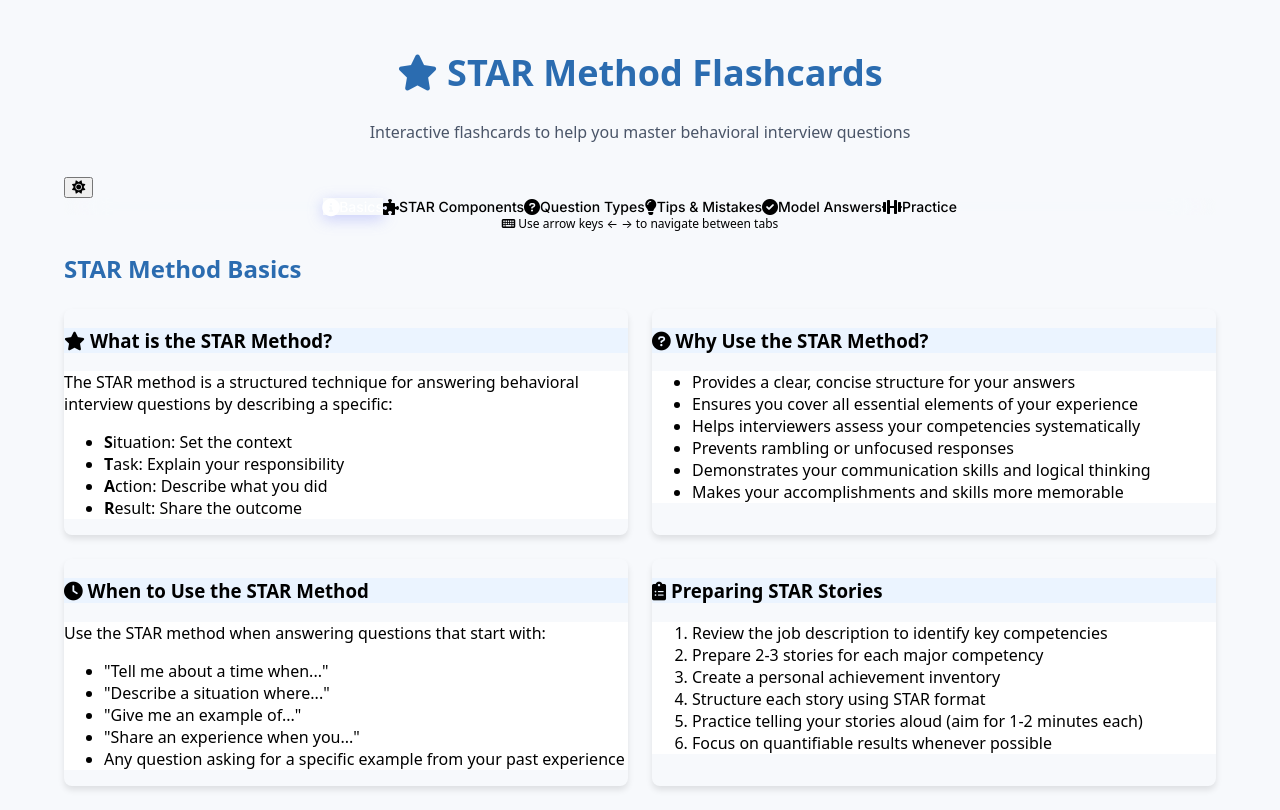
Repository: Clementjatts/star-interview-flashcards
Page: index.html
These files come from the project's save history. The page is drawn as it stood at one moment and after the next save; the edit follows.
The browser window is 1280 px wide. The pictures show the whole page.

Above is the page before, as saved 2025-05-02 20:50:42.

### index.html
<!DOCTYPE html>
<html lang="en" data-theme="dark">

<head>
    <meta charset="UTF-8">
    <meta name="viewport" content="width=device-width, initial-scale=1.0">
    <meta name="description"
        content="Master the STAR method for behavioral interviews with interactive flashcards, practice questions, and model answers.">
    <meta name="keywords" content="STAR method, behavioral interview, job interview, interview preparation, flashcards">
    <title>STAR Method Flashcards - Master Behavioral Interviews</title>

    <!-- Google Fonts -->
    <link rel="preconnect" href="https://fonts.googleapis.com">
    <link rel="preconnect" href="https://fonts.gstatic.com" crossorigin>
    <link href="https://fonts.googleapis.com/css2?family=Inter:wght@400;500;600;700;800&display=swap" rel="stylesheet">

    <!-- Font Awesome Icons -->
    <link rel="stylesheet" href="https://cdn.jsdelivr.net/npm/@fortawesome/fontawesome-free@6.0.0/css/all.min.css">

    <!-- Styles -->
    <link rel="stylesheet" href="styles/main.css">
</head>

<body>
    <div class="max-w-6xl mx-auto">
        <!-- Header Section -->
        <header class="header-container">
            <h1>
                <i class="fas fa-star" style="color: var(--accent-primary);"></i>
                STAR Method Flashcards
            </h1>
            <p class="intro">Interactive flashcards to help you master behavioral interview questions</p>

            <!-- Theme Toggle -->
            <div class="header-actions">
                <button class="theme-toggle" id="themeToggle" aria-label="Toggle dark/light mode" title="Toggle theme">
                    <i class="fas fa-moon"></i>
                </button>
            </div>
        </header>

        <!-- Progress Bar -->
        <div class="progress-container" role="progressbar" aria-valuenow="1" aria-valuemin="1" aria-valuemax="6">
            <div class="progress-bar" id="progressBar"></div>
        </div>

        <!-- Tab Navigation -->
        <nav class="tab-button-container" role="tablist" aria-label="STAR Method sections">
            <button class="tab-button active" onclick="openTab(event, 'basics')" role="tab" aria-selected="true"
                aria-controls="basics" id="tab-basics">
                <i class="fas fa-info-circle"></i>
                <span>Basics</span>
            </button>
            <button class="tab-button" onclick="openTab(event, 'components')" role="tab" aria-selected="false"
                aria-controls="components" id="tab-components">
                <i class="fas fa-puzzle-piece"></i>
                <span>STAR Components</span>
            </button>
            <button class="tab-button" onclick="openTab(event, 'questions')" role="tab" aria-selected="false"
                aria-controls="questions" id="tab-questions">
                <i class="fas fa-question-circle"></i>
                <span>Question Types</span>
            </button>
            <button class="tab-button" onclick="openTab(event, 'tips')" role="tab" aria-selected="false"
                aria-controls="tips" id="tab-tips">
                <i class="fas fa-lightbulb"></i>
                <span>Tips & Mistakes</span>
            </button>
            <button class="tab-button" onclick="openTab(event, 'examples')" role="tab" aria-selected="false"
                aria-controls="examples" id="tab-examples">
                <i class="fas fa-check-circle"></i>
                <span>Model Answers</span>
            </button>
            <button class="tab-button" onclick="openTab(event, 'practice')" role="tab" aria-selected="false"
                aria-controls="practice" id="tab-practice">
                <i class="fas fa-dumbbell"></i>
                <span>Practice</span>
            </button>
        </nav>

        <p class="keyboard-hint">
            <i class="fas fa-keyboard"></i> Use arrow keys ← → to navigate between tabs
        </p>

        <!-- Tab Content -->
        <main>
            <div id="basics" class="tab-content active" role="tabpanel" aria-labelledby="tab-basics">
                <!-- Content will be loaded from components/basics.html -->
            </div>

            <div id="components" class="tab-content" role="tabpanel" aria-labelledby="tab-components">
                <!-- Content will be loaded from components/components.html -->
            </div>

            <div id="questions" class="tab-content" role="tabpanel" aria-labelledby="tab-questions">
                <!-- Content will be loaded from components/questions.html -->
            </div>

            <div id="tips" class="tab-content" role="tabpanel" aria-labelledby="tab-tips">
                <!-- Content will be loaded from components/tips.html -->
            </div>

            <div id="examples" class="tab-content" role="tabpanel" aria-labelledby="tab-examples">
                <!-- Content will be loaded from components/examples.html -->
            </div>

            <div id="practice" class="tab-content" role="tabpanel" aria-labelledby="tab-practice">
                <!-- Content will be loaded from components/practice.html -->
            </div>
        </main>


    </div>

    <!-- Scripts -->
    <script src="scripts/tabs.js"></script>
    <script src="scripts/cards.js"></script>
    <script src="scripts/practice.js"></script>
    <script src="scripts/app.js"></script>

    <script>
        // Load component HTML files
        document.addEventListener('DOMContentLoaded', function () {
            // Function to load HTML content from component files
            function loadComponent(id, file) {
                const element = document.getElementById(id);
                element.classList.add('loading');

                fetch('components/' + file)
                    .then(response => {
                        if (!response.ok) throw new Error('Network response was not ok');
                        return response.text();
                    })
                    .then(html => {
                        element.innerHTML = html;
                        element.classList.remove('loading');

                        // Initialize practice features if this is the practice tab
                        if (id === 'practice' && typeof initPractice === 'function') {
                            initPractice();
                        }

                        // Initialize flip cards
                        if (typeof initFlipCards === 'function') {
                            initFlipCards(element);
                        }
                    })
                    .catch(error => {
                        console.error('Error loading component:', error);
                        element.classList.remove('loading');
                        element.innerHTML = `
                            <div class="tab-error">
                                <i class="fas fa-exclamation-triangle"></i>
                                <p>Unable to load content. If you opened this file directly, please run a local server.</p>
                                <p style="font-size: 0.875rem; color: var(--text-muted);">
                                    Run: <code style="background: var(--glass-bg); padding: 2px 8px; border-radius: 4px;">npx serve</code> in the project folder
                                </p>
                                <button onclick="location.reload()">
                                    <i class="fas fa-redo"></i> Retry
                                </button>
                            </div>
                        `;
                    });
            }

            // Load all components
            loadComponent('basics', 'basics.html');
            loadComponent('components', 'components.html');
            loadComponent('questions', 'questions.html');
            loadComponent('tips', 'tips.html');
            loadComponent('examples', 'examples.html');
            loadComponent('practice', 'practice.html');

            // Initialize theme
            initTheme();
        });
    </script>
</body>

</html>

### styles/main.css
/* Main CSS file that imports all other CSS files */
@import 'base.css';
@import 'components.css';
@import 'tabs.css';
@import 'print.css';

### styles/base.css
/* Base styles */
body {
    background-color: #f7f9fc;
    font-family: system-ui, -apple-system, BlinkMacSystemFont, "Segoe UI", Roboto, sans-serif;
}

.max-w-6xl {
    max-width: 72rem;
}

.mx-auto {
    margin-left: auto;
    margin-right: auto;
}

h1 {
    font-size: 1.875rem;
    font-weight: bold;
    text-align: center;
    margin-bottom: 1.5rem;
    color: #2b6cb0;
}

p.intro {
    text-align: center;
    margin-bottom: 2rem;
    color: #4a5568;
}

@media (min-width: 768px) {
    body {
        padding: 2rem;
    }

    h1 {
        font-size: 2.25rem;
    }
}

body {
    padding: 1rem;
}

### styles/components.css
/* Card styles */
.card {
    border-radius: 8px;
    box-shadow: 0 4px 6px rgba(0, 0, 0, 0.1);
    transition: transform 0.3s ease, box-shadow 0.3s ease;
    overflow: hidden;
}

.card:hover {
    transform: translateY(-5px);
    box-shadow: 0 10px 15px rgba(0, 0, 0, 0.1);
}

.card-front {
    background-color: #ebf4ff;
}

.card-back {
    background-color: white;
}

/* Grid layout for cards */
.grid {
    display: grid;
    gap: 1.5rem;
}

@media (min-width: 768px) {
    .grid {
        grid-template-columns: repeat(2, 1fr);
    }
}

/* Section titles */
.section-title {
    font-size: 1.5rem;
    font-weight: bold;
    margin-bottom: 1.5rem;
    color: #2b6cb0;
}

### styles/print.css
/* Print-specific styles */
@media print {
    .tab-button-container {
        display: none;
    }

    .tab-content {
        display: block !important;
        page-break-inside: avoid;
        margin-bottom: 2rem;
    }

    .section-title {
        margin-top: 2rem;
        margin-bottom: 1rem;
        font-size: 1.5rem;
        font-weight: bold;
        color: #2d3748;
    }

    body {
        background-color: white;
    }
}

### components/basics.html
<h2 class="text-2xl font-bold mb-6 text-blue-800 section-title">STAR Method Basics</h2>
<div class="grid grid-cols-1 md:grid-cols-2 gap-6">
    <!-- Card 1 -->
    <div class="card" tabindex="0" role="button" aria-label="Click to flip card">
        <div class="card-front p-4 bg-blue-50 border-b border-blue-200">
            <h3 class="text-xl font-semibold text-blue-700">
                <i class="fas fa-star" style="color: var(--accent-primary);"></i>
                What is the STAR Method?
            </h3>

        </div>
        <div class="card-back p-4">
            <p>The STAR method is a structured technique for answering behavioral interview questions by describing a
                specific:</p>
            <ul class="list-disc ml-5 mt-2">
                <li><strong style="color: var(--situation-color);">S</strong>ituation: Set the context</li>
                <li><strong style="color: var(--task-color);">T</strong>ask: Explain your responsibility</li>
                <li><strong style="color: var(--action-color);">A</strong>ction: Describe what you did</li>
                <li><strong style="color: var(--result-color);">R</strong>esult: Share the outcome</li>
            </ul>
        </div>
    </div>

    <!-- Card 2 -->
    <div class="card" tabindex="0" role="button" aria-label="Click to flip card">
        <div class="card-front p-4 bg-blue-50 border-b border-blue-200">
            <h3 class="text-xl font-semibold text-blue-700">
                <i class="fas fa-question-circle"></i>
                Why Use the STAR Method?
            </h3>

        </div>
        <div class="card-back p-4">
            <ul class="list-disc ml-5">
                <li>Provides a clear, concise structure for your answers</li>
                <li>Ensures you cover all essential elements of your experience</li>
                <li>Helps interviewers assess your competencies systematically</li>
                <li>Prevents rambling or unfocused responses</li>
                <li>Demonstrates your communication skills and logical thinking</li>
                <li>Makes your accomplishments and skills more memorable</li>
            </ul>
        </div>
    </div>

    <!-- Card 3 -->
    <div class="card" tabindex="0" role="button" aria-label="Click to flip card">
        <div class="card-front p-4 bg-blue-50 border-b border-blue-200">
            <h3 class="text-xl font-semibold text-blue-700">
                <i class="fas fa-clock"></i>
                When to Use the STAR Method
            </h3>

        </div>
        <div class="card-back p-4">
            <p>Use the STAR method when answering questions that start with:</p>
            <ul class="list-disc ml-5 mt-2">
                <li>"Tell me about a time when..."</li>
                <li>"Describe a situation where..."</li>
                <li>"Give me an example of..."</li>
                <li>"Share an experience when you..."</li>
                <li>Any question asking for a specific example from your past experience</li>
            </ul>
        </div>
    </div>

    <!-- Card 4 -->
    <div class="card" tabindex="0" role="button" aria-label="Click to flip card">
        <div class="card-front p-4 bg-blue-50 border-b border-blue-200">
            <h3 class="text-xl font-semibold text-blue-700">
                <i class="fas fa-clipboard-list"></i>
                Preparing STAR Stories
            </h3>

        </div>
        <div class="card-back p-4">
            <ol class="list-decimal ml-5">
                <li>Review the job description to identify key competencies</li>
                <li>Prepare 2-3 stories for each major competency</li>
                <li>Create a personal achievement inventory</li>
                <li>Structure each story using STAR format</li>
                <li>Practice telling your stories aloud (aim for 1-2 minutes each)</li>
                <li>Focus on quantifiable results whenever possible</li>
            </ol>
        </div>
    </div>
</div>

### components/components.html
<h2 class="text-2xl font-bold mb-6 text-blue-800 section-title">STAR Components Breakdown</h2>
<div class="grid grid-cols-1 md:grid-cols-2 gap-6">
    <!-- Situation Card -->
    <div class="card" tabindex="0" role="button" aria-label="Click to flip card">
        <div class="card-front p-4 bg-green-50 border-b border-green-200">
            <h3 class="text-xl font-semibold text-green-700">
                <span style="font-size: 1.5rem; font-weight: 800; color: var(--situation-color);">S</span> - Situation
            </h3>

        </div>
        <div class="card-back p-4">
            <p class="mb-2"><strong>Set the scene and provide context</strong></p>
            <p class="mb-2">Guiding questions:</p>
            <ul class="list-disc ml-5">
                <li>When and where did this take place?</li>
                <li>What was the background or context?</li>
                <li>Who else was involved?</li>
                <li>What were the surrounding circumstances?</li>
            </ul>
            <p class="mt-2 text-sm" style="color: var(--text-muted);">
                <i class="fas fa-lightbulb" style="color: var(--warning);"></i> Keep this brief (1-2 sentences) - just
                enough to understand the context.
            </p>
        </div>
    </div>

    <!-- Task Card -->
    <div class="card" tabindex="0" role="button" aria-label="Click to flip card">
        <div class="card-front p-4 bg-yellow-50 border-b border-yellow-200">
            <h3 class="text-xl font-semibold text-yellow-700">
                <span style="font-size: 1.5rem; font-weight: 800; color: var(--task-color);">T</span> - Task
            </h3>

        </div>
        <div class="card-back p-4">
            <p class="mb-2"><strong>Explain your responsibility or challenge</strong></p>
            <p class="mb-2">Guiding questions:</p>
            <ul class="list-disc ml-5">
                <li>What was your specific role or assignment?</li>
                <li>What was the problem or challenge you faced?</li>
                <li>What goals were you trying to achieve?</li>
                <li>What were the expectations or deadlines?</li>
            </ul>
            <p class="mt-2 text-sm" style="color: var(--text-muted);">
                <i class="fas fa-lightbulb" style="color: var(--warning);"></i> Focus on YOUR task, not the team's
                general objective.
            </p>
        </div>
    </div>

    <!-- Action Card -->
    <div class="card" tabindex="0" role="button" aria-label="Click to flip card">
        <div class="card-front p-4 bg-red-50 border-b border-red-200">
            <h3 class="text-xl font-semibold text-red-700">
                <span style="font-size: 1.5rem; font-weight: 800; color: var(--action-color);">A</span> - Action
            </h3>

        </div>
        <div class="card-back p-4">
            <p class="mb-2"><strong>Describe what YOU did and how you did it</strong></p>
            <p class="mb-2">Guiding questions:</p>
            <ul class="list-disc ml-5">
                <li>What specific steps did you take?</li>
                <li>How did you approach the problem?</li>
                <li>What skills or knowledge did you apply?</li>
                <li>How did you overcome obstacles?</li>
                <li>What made your approach effective?</li>
            </ul>
            <p class="mt-2 text-sm" style="color: var(--text-muted);">
                <i class="fas fa-lightbulb" style="color: var(--warning);"></i> This should be the longest part of your
                answer. Use "I" statements, not "we."
            </p>
        </div>
    </div>

    <!-- Result Card -->
    <div class="card" tabindex="0" role="button" aria-label="Click to flip card">
        <div class="card-front p-4 bg-purple-50 border-b border-purple-200">
            <h3 class="text-xl font-semibold text-purple-700">
                <span style="font-size: 1.5rem; font-weight: 800; color: var(--result-color);">R</span> - Result
            </h3>

        </div>
        <div class="card-back p-4">
            <p class="mb-2"><strong>Share the outcome and what you learned</strong></p>
            <p class="mb-2">Guiding questions:</p>
            <ul class="list-disc ml-5">
                <li>What was the outcome of your actions?</li>
                <li>How did you measure success?</li>
                <li>What did you accomplish or learn?</li>
                <li>How did it benefit your team/company?</li>
                <li>What quantifiable metrics can you share?</li>
            </ul>
            <p class="mt-2 text-sm" style="color: var(--text-muted);">
                <i class="fas fa-lightbulb" style="color: var(--warning);"></i> Include specific numbers/percentages
                whenever possible. Even if the outcome wasn't perfect, share what you learned.
            </p>
        </div>
    </div>
</div>

Loaded but not shown: scripts/practice.js (279 lines, source omitted); scripts/app.js (194 lines, source omitted); scripts/tabs.js (157 lines, source omitted); scripts/cards.js (94 lines, source omitted); components/examples.html (172 lines, source omitted); components/questions.html (140 lines, source omitted); components/practice.html (106 lines, source omitted); components/tips.html (125 lines, source omitted); styles/tabs.css (246 lines, source omitted)

After the next save:
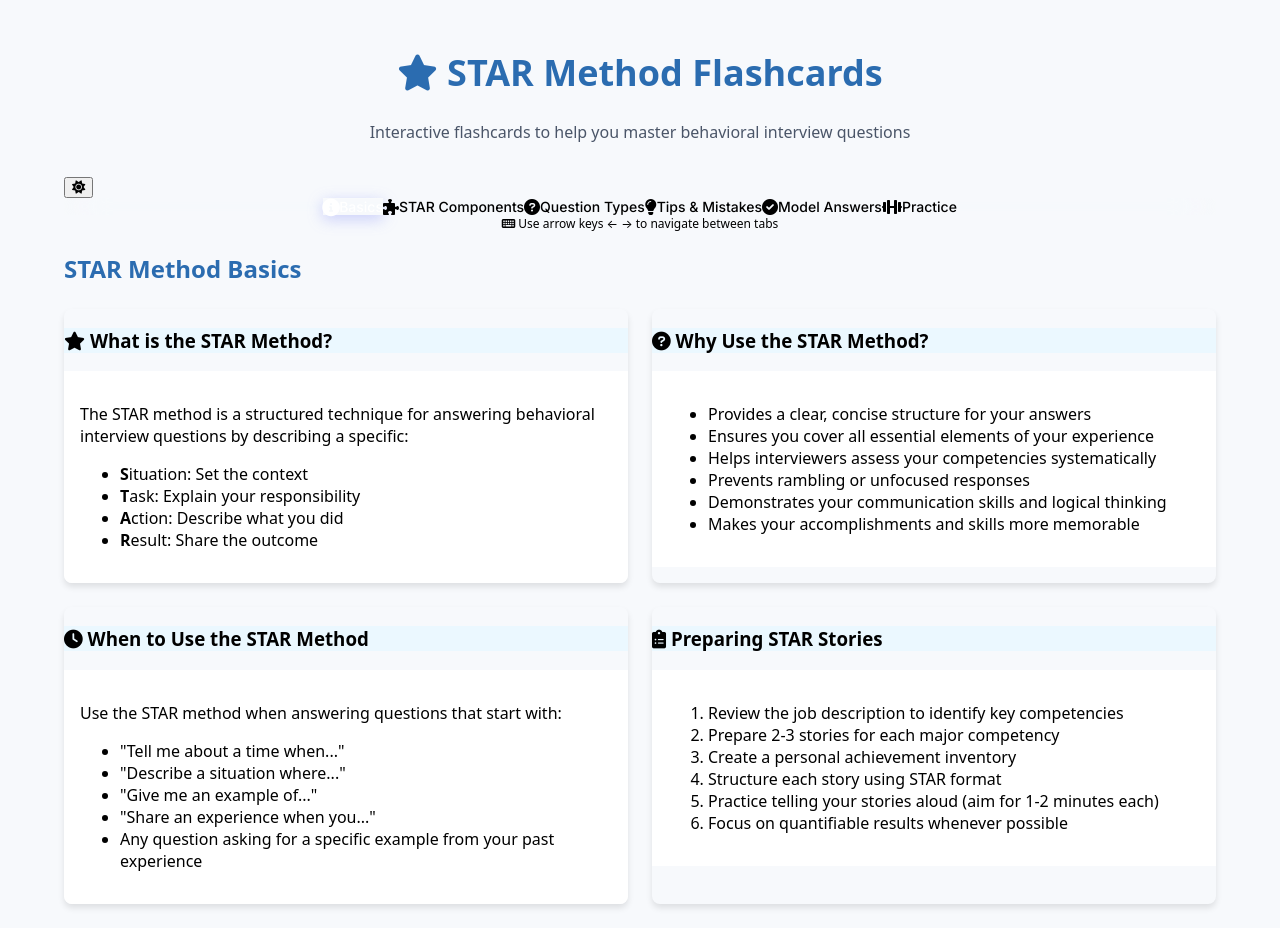
Saved 14 s later.
--- a/styles/components.css
+++ b/styles/components.css
@@ -11,12 +11,46 @@
     box-shadow: 0 10px 15px rgba(0, 0, 0, 0.1);
 }
 
+/* Card front/back styles */
 .card-front {
     background-color: #ebf4ff;
+    border-bottom-width: 1px;
 }
 
 .card-back {
     background-color: white;
+    padding: 1rem;
+}
+
+/* Card front colors */
+.card-front.bg-blue-50 {
+    background-color: #ebf8ff;
+    border-color: #bee3f8;
+}
+
+.card-front.bg-green-50 {
+    background-color: #f0fff4;
+    border-color: #c6f6d5;
+}
+
+.card-front.bg-yellow-50 {
+    background-color: #fffff0;
+    border-color: #fefcbf;
+}
+
+.card-front.bg-red-50 {
+    background-color: #fff5f5;
+    border-color: #fed7d7;
+}
+
+.card-front.bg-purple-50 {
+    background-color: #faf5ff;
+    border-color: #e9d8fd;
+}
+
+.card-front.bg-indigo-50 {
+    background-color: #ebf4ff;
+    border-color: #c3dafe;
 }
 
 /* Grid layout for cards */
